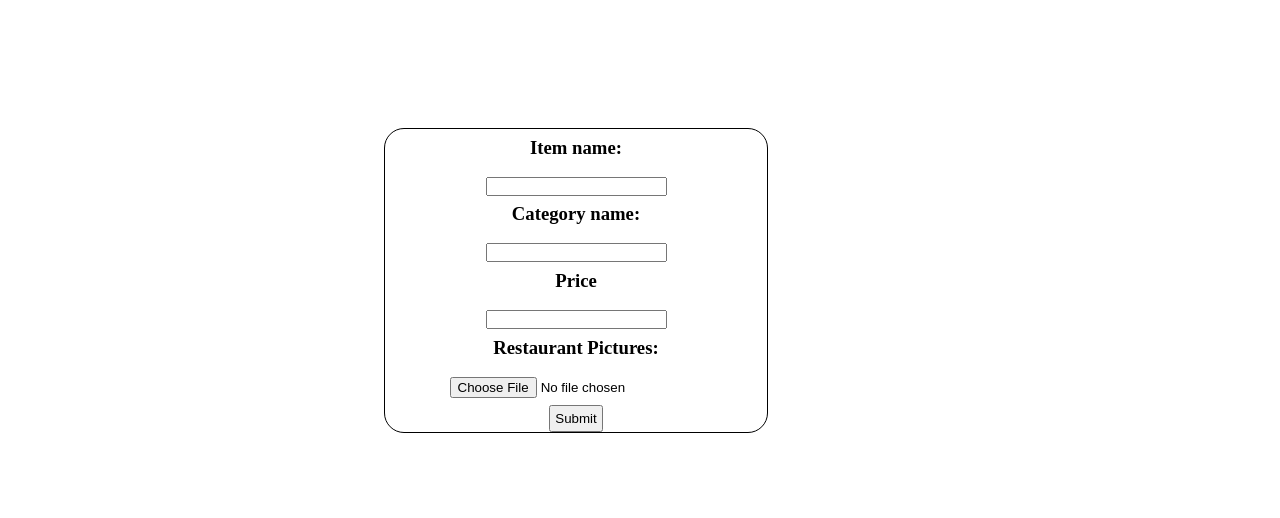
Repository: jatannoury/Ecommerce-Laravel-Electron
Page: Admin-electron/src/HTML/add_item.html
The author's editor kept a copy of each file at every save. The page is drawn from the files as they stood at one save, then again after the next save.
The browser window is 1280 px wide. The pictures show the whole page.

Above is the page before, as saved 2022-06-10 22:57:42.

After the next save:
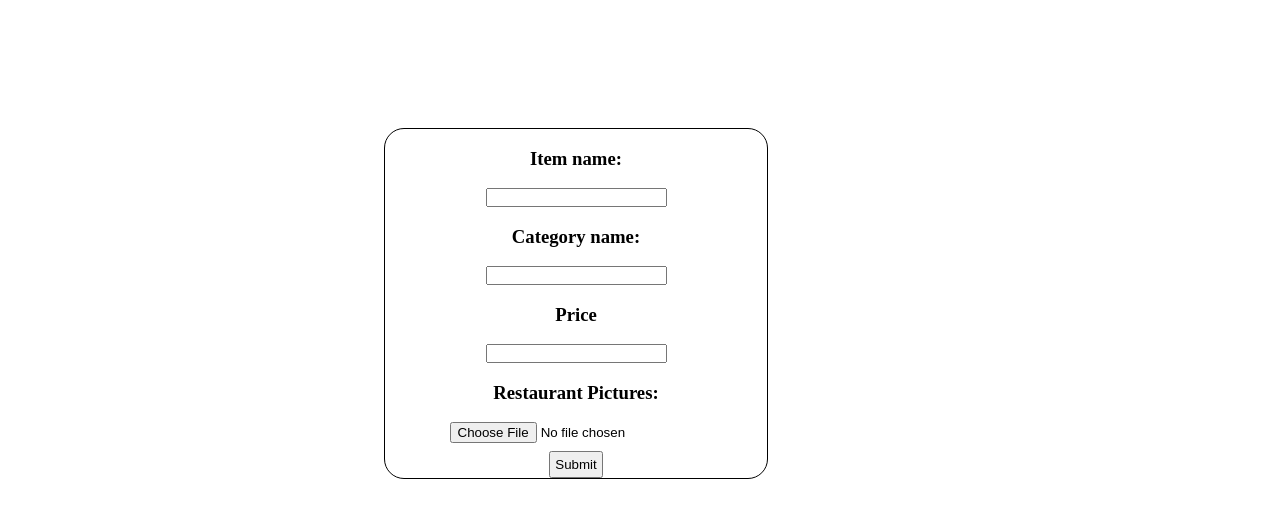
Saved 4 s later.
--- a/Admin-electron/src/CSS/styles.css
+++ b/Admin-electron/src/CSS/styles.css
@@ -23,7 +23,7 @@
 }
 
 .one{
-    margin-top: 2%;
+    margin-top: 5%;
 }
 
 .submit{
